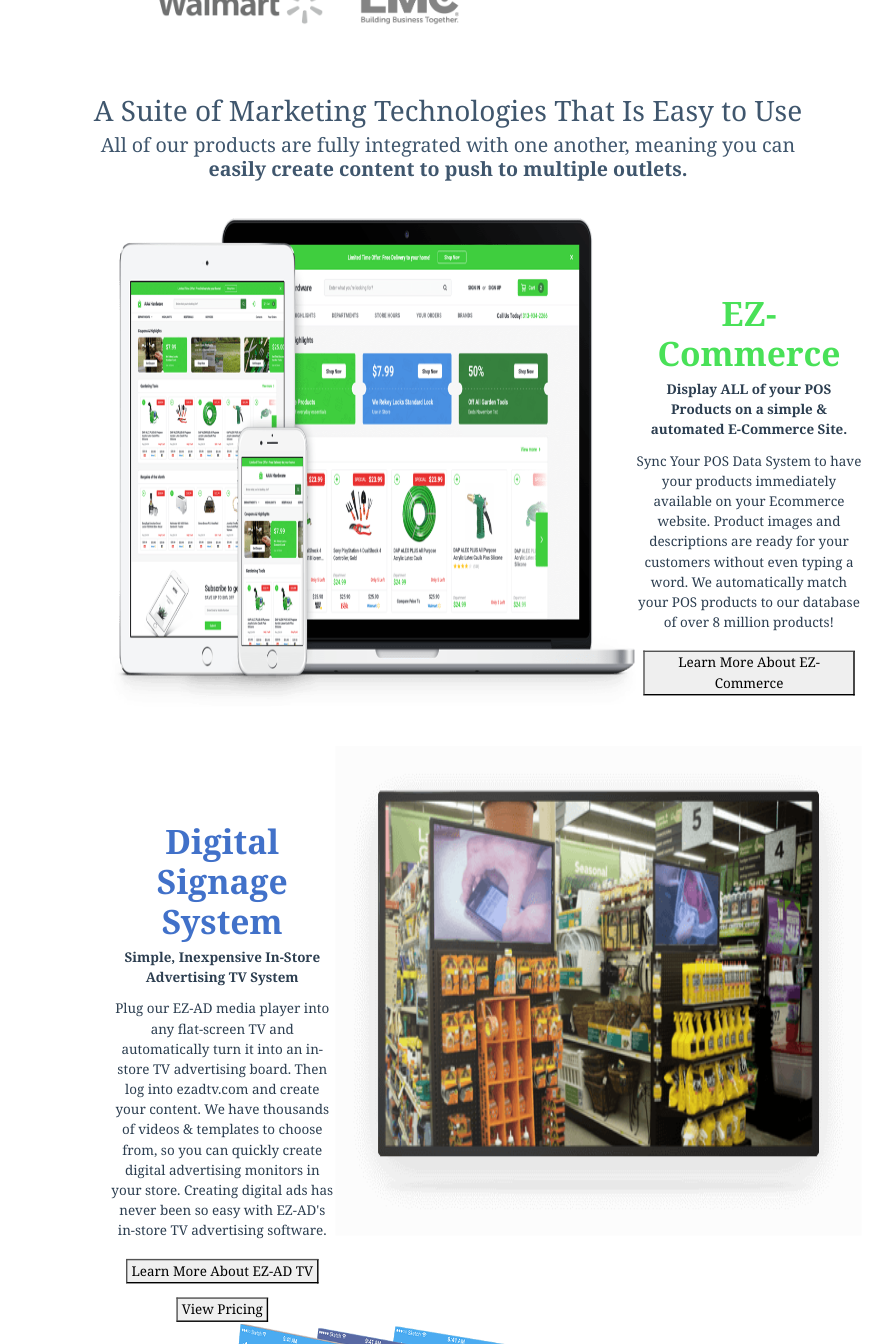
Repository: Herinyhert/EZ-AD
Page: /
An editor plug-in stored every save of this project. The page is shown before and after the next save, followed by the edit.
The browser window is 1280 px wide. The pictures show the part of the page from y = 1369 to 3289 px (the page is 6251 px tall), at 70% of full size.
The project was rebuilt for these pictures with package versions that can differ from the ones it lists, and the page was loaded fresh each time. Also part of the build but not shown: vue.config.js.

Above is the page before, as saved 2023-04-27 16:31:52.

After the next save:
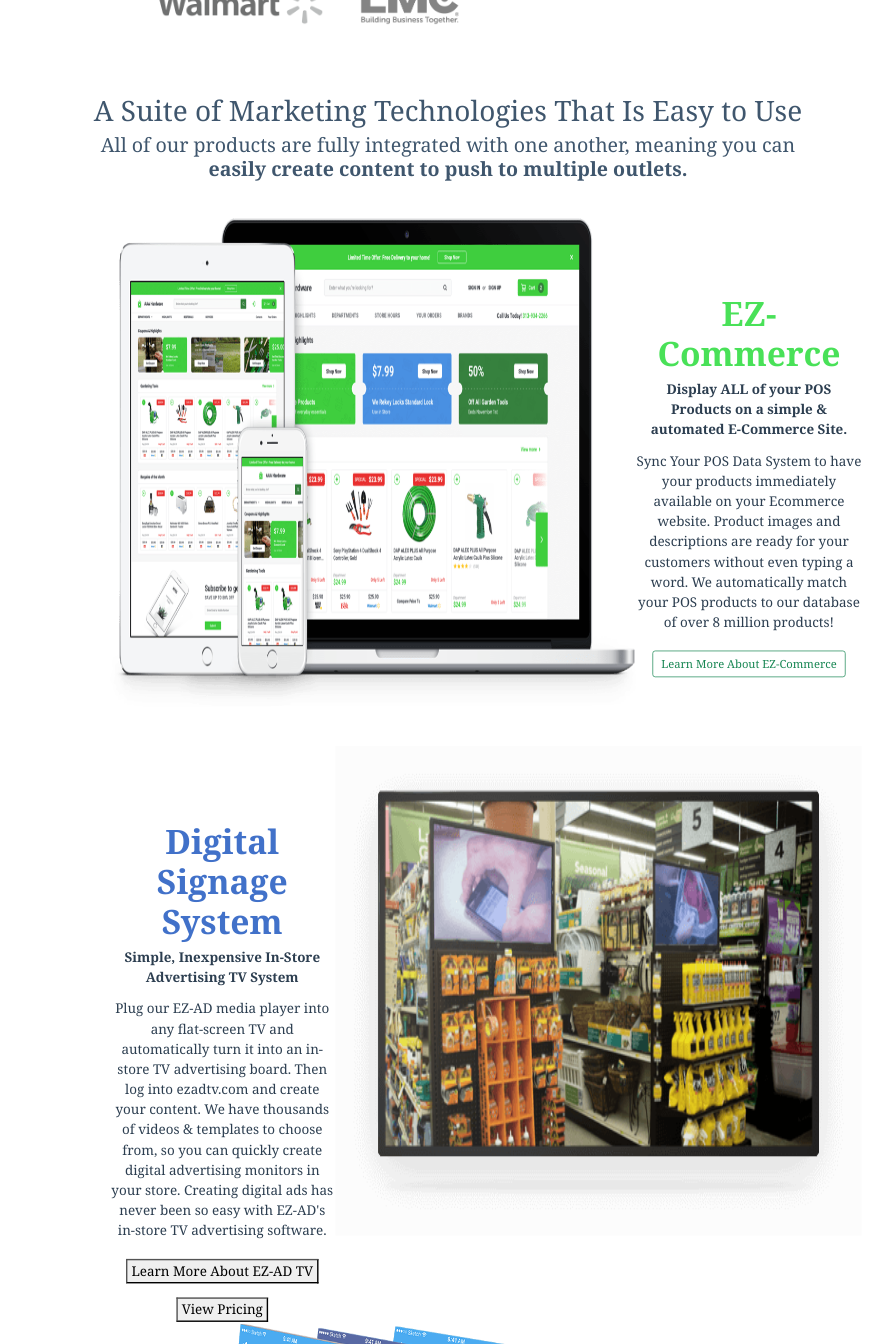
Saved 2 min 54 s later.
--- a/src/components/EZADHome.vue
+++ b/src/components/EZADHome.vue
@@ -98,7 +98,7 @@
             automatically match your POS products to our database of over 8
             million products!
           </p>
-          <button>Learn More About EZ-Commerce</button>
+          <button type="button" class="btn btn-outline-success">Learn More About EZ-Commerce</button>
         </div>
       </div>
       <div class="cont-text">
